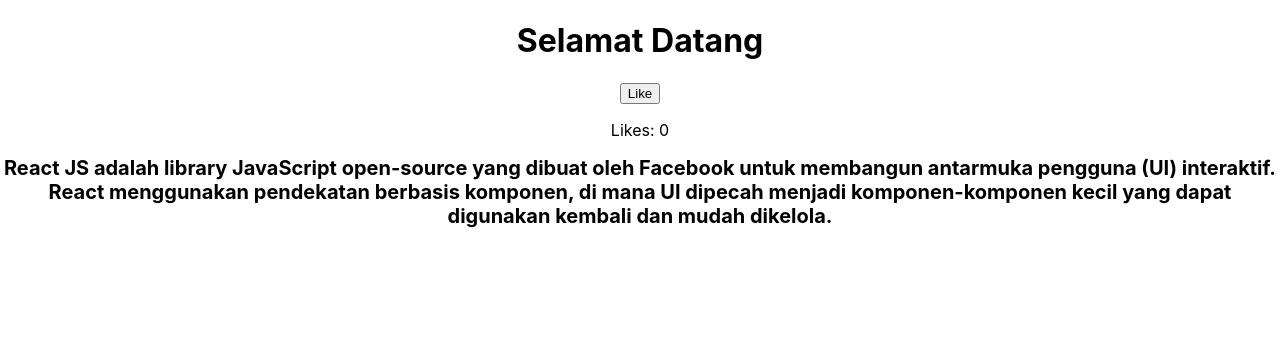
Repository: mfarhannr/Farhan_Quiz_ReactJS
Page: /
An editor plug-in stored every save of this project. The page is shown before and after a run of saves, followed by the edit.
The browser window is 1280 px wide. The pictures show the whole page.
The project was rebuilt for these pictures with package versions that can differ from the ones it lists, and the page was loaded fresh each time.

Above is the page before, as saved 2024-05-17 14:43:33.

After the next 5 saves:
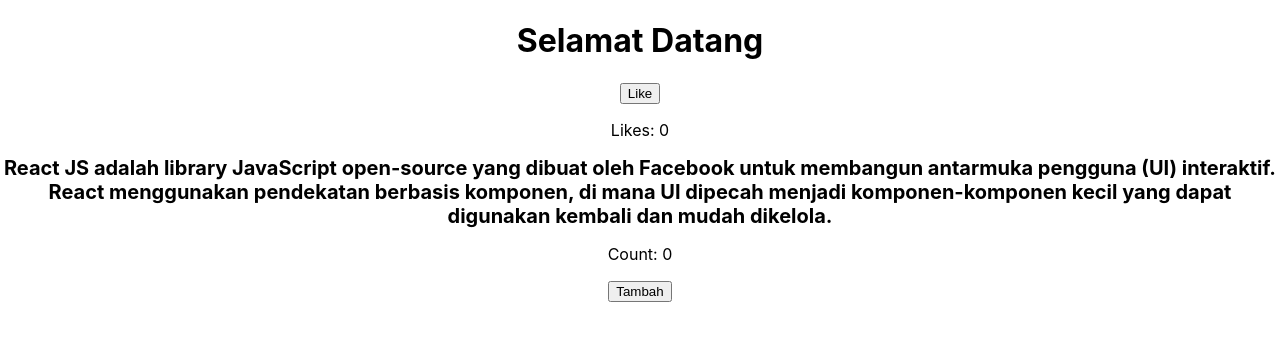
The 5 saves are shown as one change because they came seconds apart.
The last was saved 13 s later.
--- a/src/App.js
+++ b/src/App.js
@@ -26,6 +26,7 @@
       <div className="desc">
         <Text desc="React JS adalah library JavaScript open-source yang dibuat oleh Facebook untuk membangun antarmuka pengguna (UI) interaktif. React menggunakan pendekatan berbasis komponen, di mana UI dipecah menjadi komponen-komponen kecil yang dapat digunakan kembali dan mudah dikelola." />
       </div>
+      <Count />
     </div>
   );
 }
